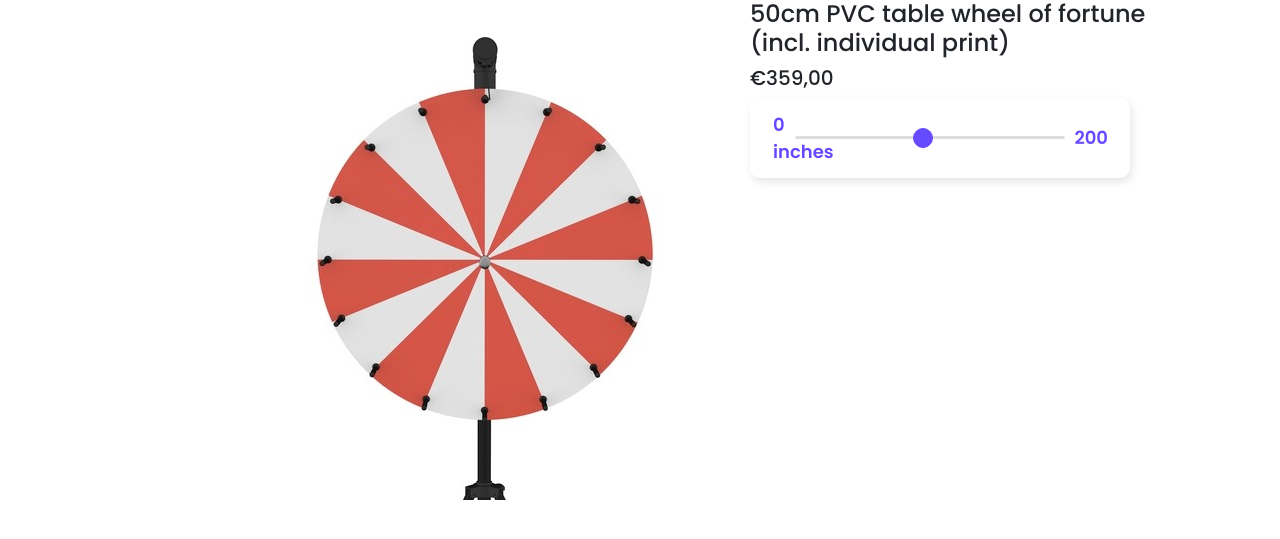
Repository: Awaisp-irfan/fahad-project
Page: text.html
An editor plug-in stored every save of this project. The page is shown before and after the next save, followed by the edit.
The browser window is 1280 px wide. The pictures show the whole page.

Above is the page before, as saved 2022-06-30 11:32:18.

After the next save:
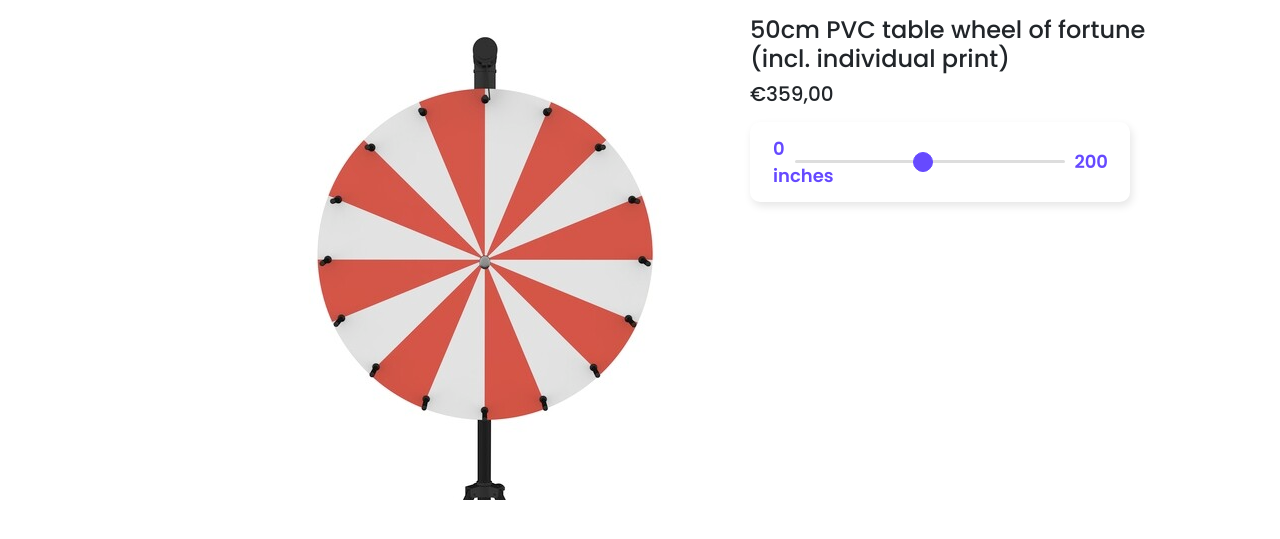
Saved 7 min 2 s later.
--- a/text.html
+++ b/text.html
@@ -26,7 +26,7 @@
             </div>
 
             <div class="col-lg-5">
-                <div>
+                <div class="my-3">
                     <h4>
                         50cm PVC table wheel of fortune (incl. individual print)
                     </h4>
